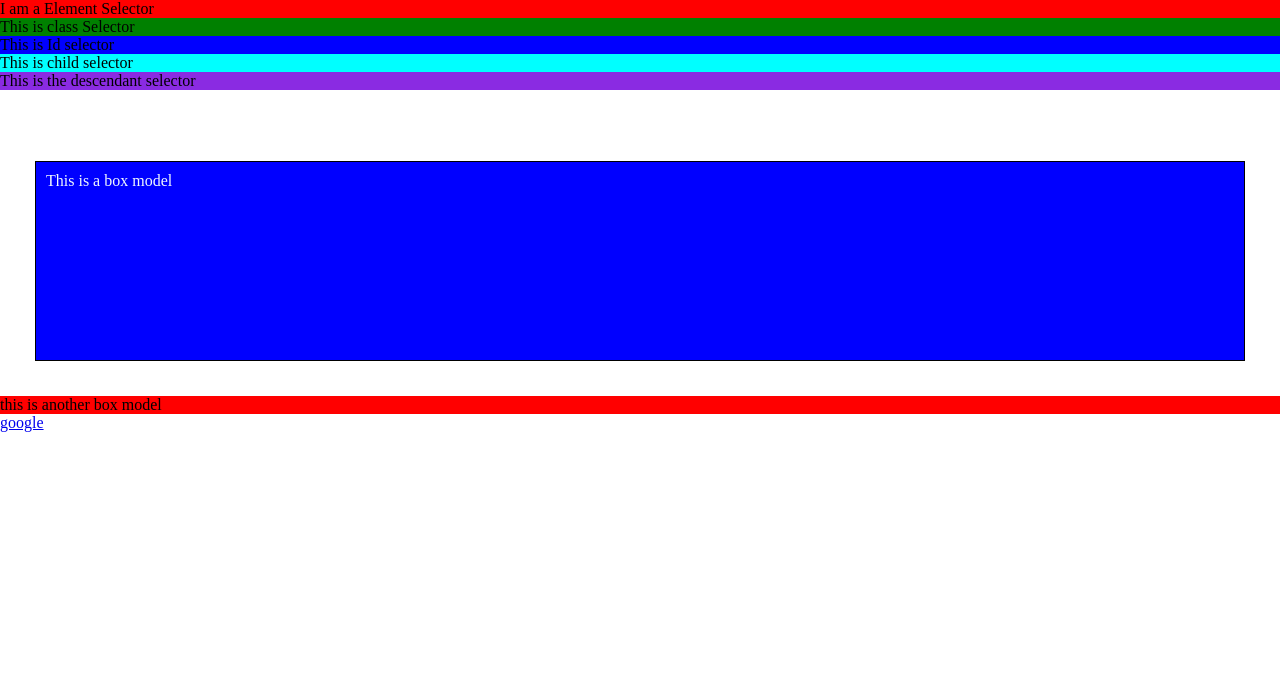
Repository: diensy/Web_dev
Page: first.css/selector.html
These files come from the project's save history. The page is drawn as it stood at one moment and after a run of saves; the edit follows.
The browser window is 1280 px wide. The pictures show the whole page.

Above is the page before, as saved 2024-05-22 20:38:34.

### first.css/selector.html
<!DOCTYPE html>
<html lang="en">
  <head>
    <meta charset="UTF-8" />
    <meta name="viewport" content="width=device-width, initial-scale=1.0" />
    <title>CSS Selector</title>
    <style>
      /* Element Selctor */
      div {
        background-color: red;
      }
      /* CLass Selector */
      .div {
        background-color: green;
      }
      /* Id selector */
      #blue {
        background-color: blue;
      }
      /* Child selector */
      span > p {
        background-color: aqua;
      }
      /* Descendant selector */
      div p {
        background-color: blueviolet;
      }
      /* universal selector */
      * {
        margin: 0;
        padding: 0;
      }
      /* pseudo Selector */
      a:visited {
        color: black;
      }
      a:active {
        background-color: red;
      }
      a:hover {
        background-color: aquamarine;
      }
      .box1 {
        color: aliceblue;
        background-color: blue;
        margin: 35px;
        padding: 10px;
        border: 1px solid black;
        height: 200px;
        box-sizing: border-box;
      }

    </style>
  </head>
  <body>
    <div>I am a Element Selector</div>
    <div class="div">This is class Selector</div>
    <div id="blue">This is Id selector</div>
    <span><p>This is child selector</p></span>
    <div>
      <article>
        <p>This is the descendant selector</p>
      </article>
    </div>
    <br />
    <br />
    <div class="box1">This is a box model</div>
    <div class="box2">this is another box model</div>
    <a href="https://www.google.com">google</a>
  </body>
</html>

After the next 3 saves:
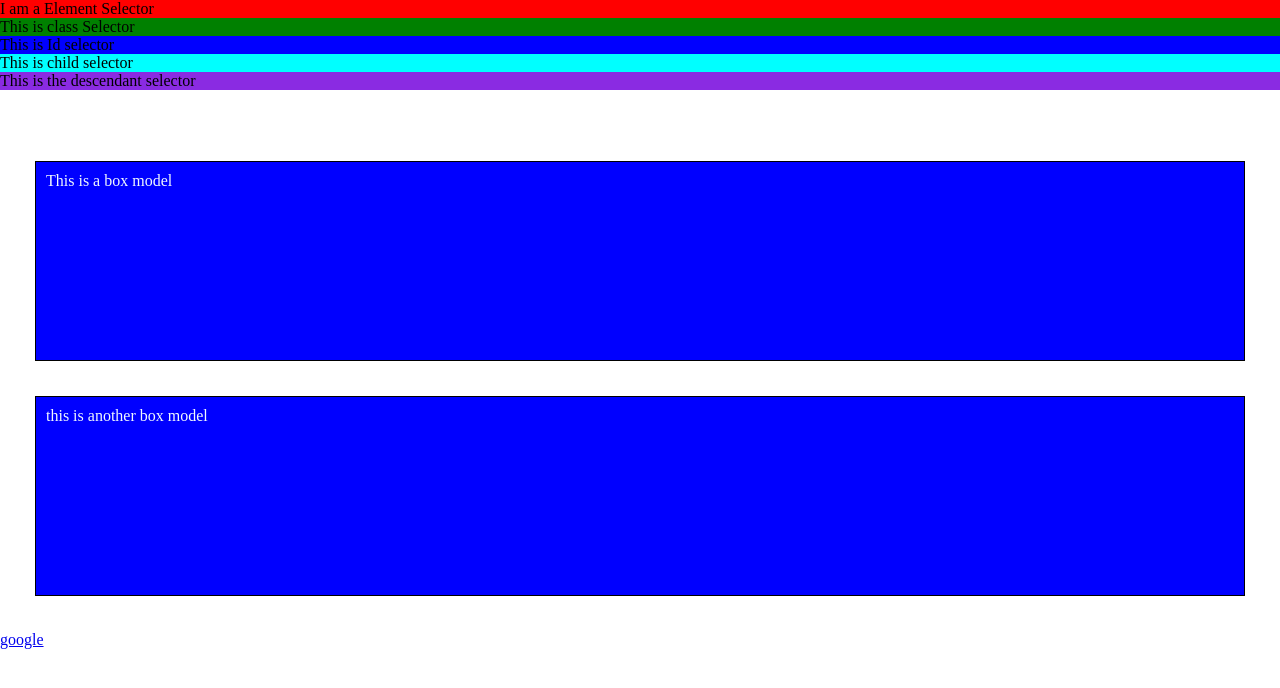
The 3 saves are shown as one change because they came seconds apart.
The last was saved 17 s later.
--- a/first.css/selector.html
+++ b/first.css/selector.html
@@ -49,7 +49,15 @@
         height: 200px;
         box-sizing: border-box;
       }
-
+      .box2 {
+        color: aliceblue;
+        background-color: blue;
+        margin: 35px;
+        padding: 10px;
+        border: 1px solid black;
+        height: 200px;
+        box-sizing: border-box;
+      }
     </style>
   </head>
   <body>
